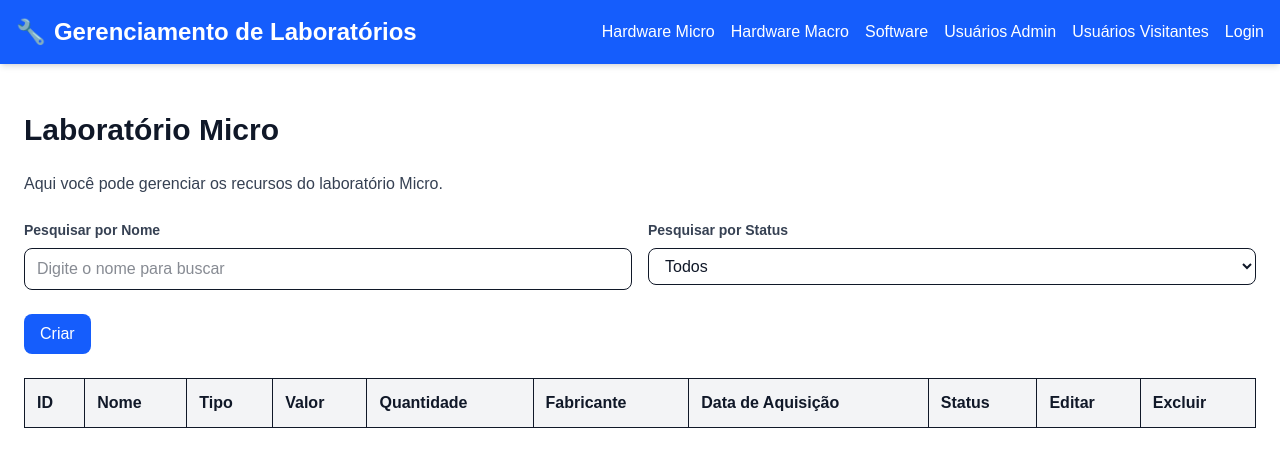
Repository: fabianosevla/gestao-labs
Page: /labs/hardware/micro (app in lab-management-system/)
The author's editor kept a copy of each file at every save. The page is drawn from the files as they stood at one save, then again after the next save.
The browser window is 1280 px wide. The pictures show the whole page.
The project was rebuilt for these pictures with package versions that can differ from the ones it lists, and the page was loaded fresh each time. The framework's server and built-in components were replaced by stand-ins that run in the browser. Also part of the build but not shown: lab-management-system/next.config.mjs.

Above is the page before, as saved 2025-05-06 00:10:00.

After the next save:
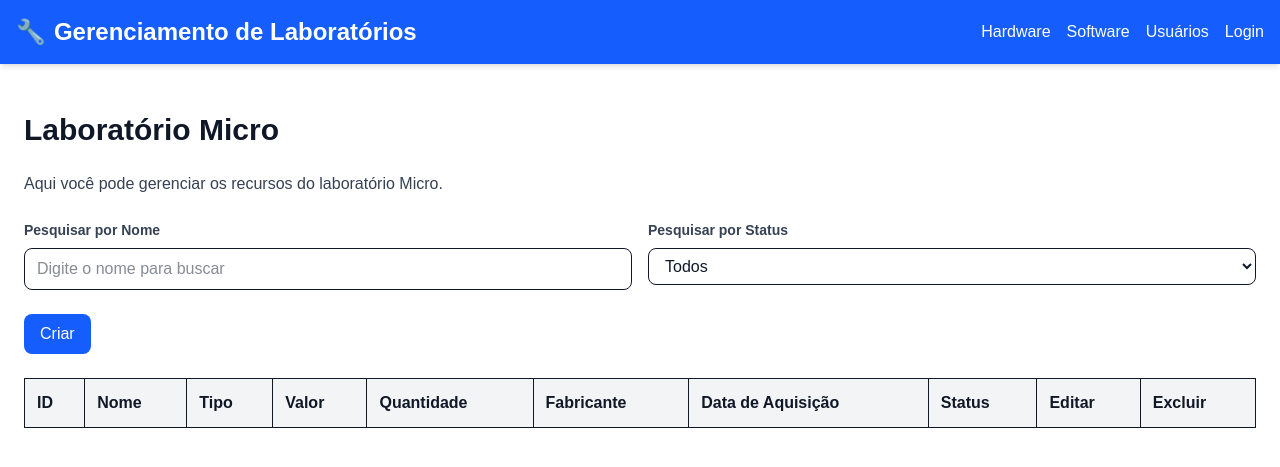
Saved 2 min 28 s later.
--- a/lab-management-system/app/layout.js
+++ b/lab-management-system/app/layout.js
@@ -2,8 +2,12 @@
 
 import "./globals.css";
 import Link from "next/link";
+import { useState } from "react";
 
 export default function RootLayout({ children }) {
+  const [hardwareOpen, setHardwareOpen] = useState(false);
+  const [usersOpen, setUsersOpen] = useState(false);
+
   return (
     <html lang="pt-BR">
       <body className="bg-gray-100">
@@ -13,22 +17,56 @@
             <Link href="/" className="text-2xl font-bold">
               Gerenciamento de Laboratórios
             </Link>
-            <div className="ml-auto space-x-4">
-              <Link href="/labs/hardware/micro" className="hover:underline">
-                Hardware Micro
-              </Link>
-              <Link href="/labs/hardware/macro" className="hover:underline">
-                Hardware Macro
-              </Link>
+            <div className="ml-auto space-x-4 flex items-center">
+              <div
+                className="relative"
+                onMouseEnter={() => setHardwareOpen(true)}
+                onMouseLeave={() => setHardwareOpen(false)}
+              >
+                <span className="cursor-pointer hover:underline">Hardware</span>
+                {hardwareOpen && (
+                  <div className="absolute bg-blue-500 text-white rounded-lg shadow-lg mt-2 py-2 w-40">
+                    <Link
+                      href="/labs/hardware/micro"
+                      className="block px-4 py-2 hover:bg-blue-700"
+                    >
+                      Micro
+                    </Link>
+                    <Link
+                      href="/labs/hardware/macro"
+                      className="block px-4 py-2 hover:bg-blue-700"
+                    >
+                      Macro
+                    </Link>
+                  </div>
+                )}
+              </div>
               <Link href="/labs/software" className="hover:underline">
                 Software
               </Link>
-              <Link href="/labs/users/admin" className="hover:underline">
-                Usuários Admin
-              </Link>
-              <Link href="/labs/users/visitor" className="hover:underline">
-                Usuários Visitantes
-              </Link>
+              <div
+                className="relative"
+                onMouseEnter={() => setUsersOpen(true)}
+                onMouseLeave={() => setUsersOpen(false)}
+              >
+                <span className="cursor-pointer hover:underline">Usuários</span>
+                {usersOpen && (
+                  <div className="absolute bg-blue-500 text-white rounded-lg shadow-lg mt-2 py-2 w-40">
+                    <Link
+                      href="/labs/users/admin"
+                      className="block px-4 py-2 hover:bg-blue-700"
+                    >
+                      Administradores
+                    </Link>
+                    <Link
+                      href="/labs/users/visitor"
+                      className="block px-4 py-2 hover:bg-blue-700"
+                    >
+                      Visitantes
+                    </Link>
+                  </div>
+                )}
+              </div>
               <Link href="/login" className="hover:underline">
                 Login
               </Link>
